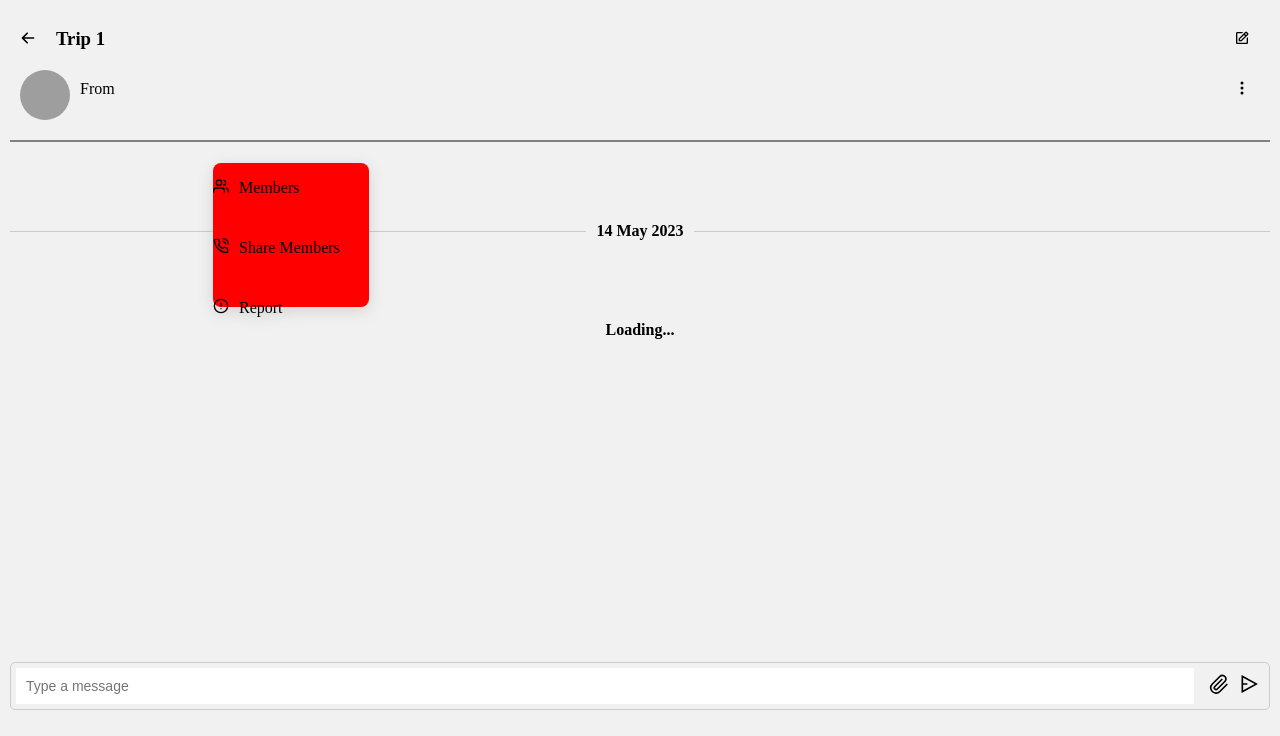
Repository: Abhi2359/PWA_Corider
Page: /, after clicking the first element matching `div.dot_icon`
An editor plug-in stored every save of this project. The page is shown before and after the next save, followed by the edit.
The browser window is 1280 px wide. The pictures show the whole page.
Pictures or frames that could not be fetched are drawn as grey boxes. The page's requests for data from a server got no answer. The project was rebuilt for these pictures with package versions that can differ from the ones it lists, and the page was loaded fresh each time. No one was signed in, and anything a server would have sent is missing. Also part of the build but not shown: vite.config.js, src/chatInput/Chat.css, src/chatInput/Chat.jsx.

Above is the page before, as saved 2023-05-14 20:58:40.

After the next save:
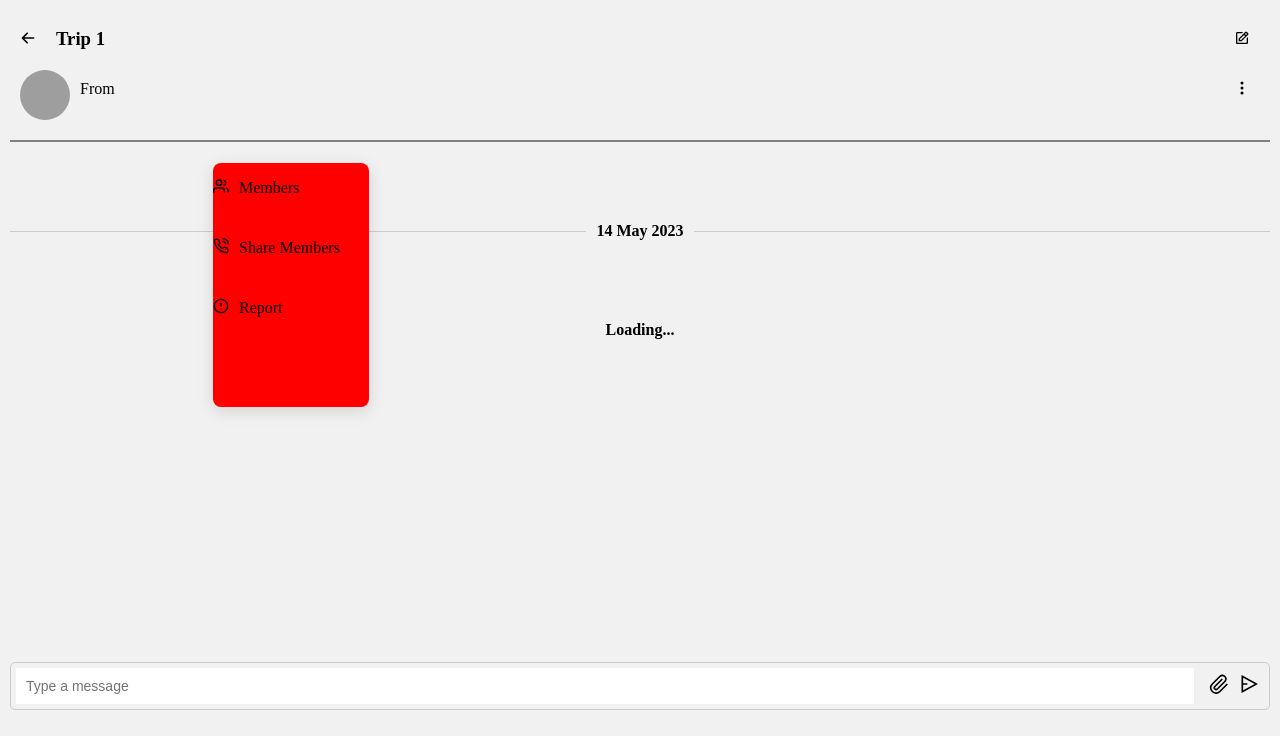
Saved 77 s later.
--- a/src/Card/card.css
+++ b/src/Card/card.css
@@ -4,7 +4,7 @@
 
   position: absolute;
   width: 156px;
-  height: 144px;
+  height: 244px;
   left: 203px;
   top: 153px;
   background-color: red;
